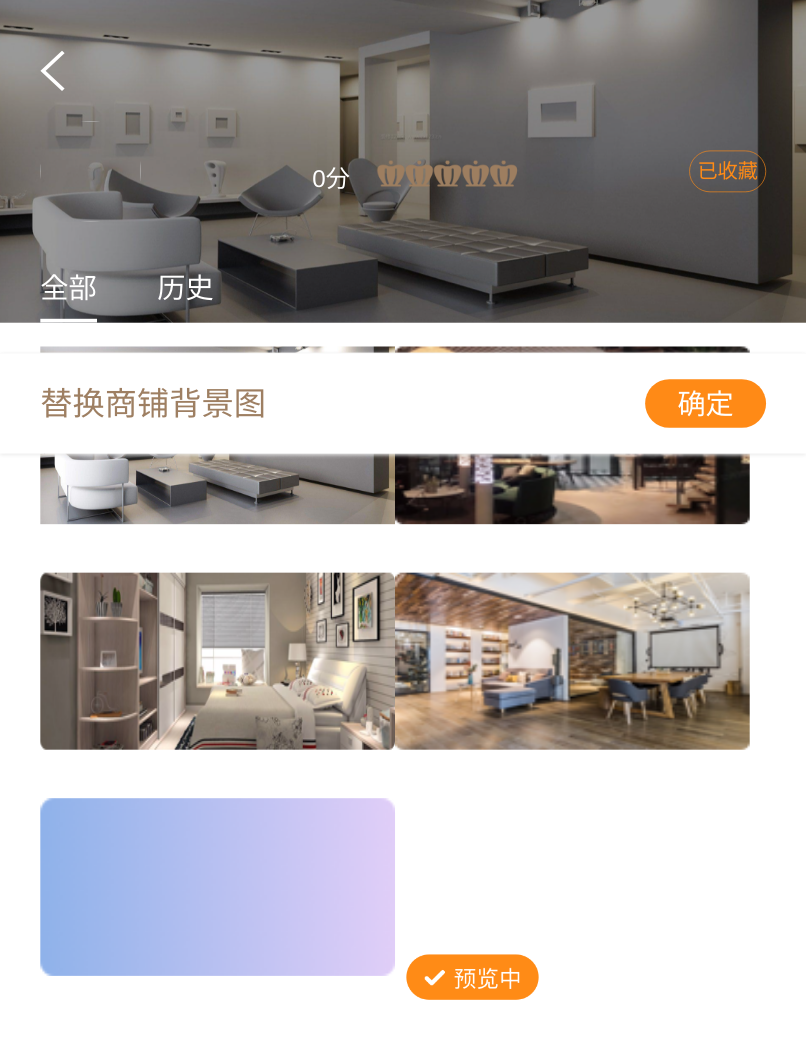
Repository: missing-star/rockBridge
Page: shop-set-bg.html
An editor plug-in stored every save of this project. The page is shown before and after the next save, followed by the edit.
The browser window is 1280 px wide. The pictures show the whole page, at 63% of full size.

Above is the page before, as saved 2019-05-16 18:02:12.

### shop-set-bg.html
<!DOCTYPE html>
<html lang="en">

<head>
    <meta charset="UTF-8">
    <meta name="viewport" content="width=device-width, initial-scale=1.0, user-scalable=no,maximum-scale=1.0">
    <meta http-equiv="X-UA-Compatible" content="ie=edge">
    <meta http-equiv="Expires" content="0">
    <meta http-equiv="Pragma" content="no-cache">
    <meta http-equiv="Cache-control" content="no-cache">
    <meta http-equiv="Cache" content="no-cache">
    <link rel="stylesheet" href="assets/mui/css/mui.min.css?v=1.2.6">
    <link rel="stylesheet" href="css/common.css?v=1.2.6">
    <link rel="stylesheet" href="css/shop-detail.css?v=1.2.6">
    <link rel="stylesheet" href="css/shop-set-bg.css">
    <title>叠石桥</title>
    <!--
        店铺详情
    -->
</head>

<body>
    <div id="app">
        <!--顶部搜索栏-->
        <header class="mui-bar mui-bar-nav" :style="currentBg">
            <div class="bg-black">
                <div class="search-group">
                    <i onclick="goBack()" class="mui-icon mui-icon-arrowleft"></i>
                </div>
                <div class="shop-info">
                    <img :src="shopInfo.images" alt="" class="shop-logo">
                    <div class="shop-title">
                        <p class="shop-name">{{shopInfo.title}}</p>
                        <p class="shop-level">
                            <span class="shop-score">{{score}}分</span>
                            <span class="shop-level-icon">
                                <img v-for="n in score" class="img-level" src="imgs/crown-active.png" alt="">
                                <img class="img-level" v-for="n in (5-score)" src="imgs/crown.png" alt="">
                            </span>
                        </p>
                    </div>
                    <button class="follow active">
                        已收藏
                    </button>
                </div>
                <ul class="tab-list">
                    <li class="tab-item active" data-tab-id="0">全部</li>
                    <li class="tab-item" data-tab-id="1">历史</li>
                </ul>
            </div>
        </header>
        <div class="mui-content">
            <div class="tab-content" :class="{active:showTab == 0}">
                <div :class="{active:currentPreview == index}" class="preview-img-wrapper">
                    <img @click="previewBg(index)" v-for="index in bgList" :src="getBg(index)" class="preview-item">
                    <img src="imgs/preview.png" class="preview-icon">
                </div>
            </div>
            <div class="tab-content goods" :class="{active:showTab == 1}">
                    <img v-for="index in bgHistory" :src="getBg(index)" class="preview-item">
            </div>
        </div>
        <!-- 联系商家 -->
        <div class="contact-business-wrapper">
            <p class="phone-number-wrapper">
                <span class="phone-number">替换商铺背景图</span>
            </p>
            <a href="javascript:;" @click="changeBg" class="contact-business-btn">确定</a>
        </div>
    </div>
    <script src="assets/vue/vue.min.js?v=1.2.6"></script>
    <script src="assets/jquery/jquery.min.js?v=1.2.6"></script>
    <script src="assets/mui/js/mui.min.js?v=1.2.6"></script>
    <script src="js/common.js?v=1.2.6"></script>
    <script src="js/shop-set-bg.js"></script>
</body>

</html>

### css/common.css
html,
body,
.mui-content {
    font-size: calc(100vw / 20);
    background: #ffffff;
}
*{
    word-break: break-all;
}
div.mui-content {
    padding: 1rem;
}

header.mui-bar.mui-bar-nav {
    background: #ffffff;
    -webkit-box-shadow: none;
            box-shadow: none;
}

nav.mui-bar.mui-bar-tab {
    background: #ffffff;
    -webkit-box-shadow: 0 0 6px 0 rgba(0, 0, 0, 0.15);
            box-shadow: 0 0 6px 0 rgba(0, 0, 0, 0.15);
}

nva.mui-bar-tab span.mui-tab-label {
    color: #9d7e60;
}

.mui-bar-tab .mui-tab-item.mui-active {
    color: #5f4831;
}

img.mui-icon.nav-bar-icon.active {
    display: inline;
}

img.mui-icon.nav-bar-icon {
    display: none;
}

p {
    margin: 0;
}

input[type=color],
input[type=date],
input[type=datetime-local],
input[type=datetime],
input[type=email],
input[type=month],
input[type=number],
input[type=password],
input[type=search],
input[type=tel],
input[type=text],
input[type=time],
input[type=url],
input[type=week],
select,
textarea {
    margin-bottom: 0;
    width: auto;
    height: auto;
    border: none;
    -webkit-box-flex: 1;
        -ms-flex: 1;
            flex: 1;
    font-size: 0.8rem;
}

input::-webkit-input-placeholder {
    color: #c2c2c2;
}

nav.mui-bar.mui-bar-tab a.mui-tab-item {
    -ms-touch-action: none;
        touch-action: none;
    height: 100%;
}

nav.mui-bar.mui-bar-tab {
    height: 3rem;
}

.mui-bar-tab .mui-tab-item .mui-icon {
    top: 3px;
    width: 1.2rem;
    height: 1.2rem;
    padding-top: 0;
    padding-bottom: 0;
    margin-bottom: 0.1rem;
}

.mui-bar-tab .mui-tab-item .mui-icon~.mui-tab-label {
    font-size: 0.5rem;
    line-height: 1rem;
}

.mui-bar-tab~.mui-content {
    padding-top: 2.5rem;
    padding-bottom: 3rem;
}

button.submit {
    background: #9d7e60;
    width: 100%;
    border: none;
    border-radius: 1rem;
    font-size: 1rem;
    line-height: 1rem;
    color: #fff;
    margin-top: 1rem;
    height: 2rem;
}

button.mui-btn.mui-btn-blue.mui-poppicker-btn-ok,
button.mui-btn.mui-btn-blue {
    color: #ff8b16;
    background: transparent;
    border: none;
    font-size: 1rem;
}

.mui-poppicker-header,
.mui-dtpicker-header {
    border-radius: 0.3rem 0.3rem 0 0;
}

button.mui-btn.mui-poppicker-btn-cancel,
.mui-dtpicker-header button {
    color: #aaaaaa;
    border: none;
    background: transparent;
    font-size: 1rem;
}

button.mui-btn.mui-poppicker-btn-cancel>img,
.mui-dtpicker-header button>img {
    width: 1rem;
}

.mui-picker-inner,
.mui-picker {
    background: #fcfcfc;
    -webkit-mask-box-image: none;
    border-radius: 0 0 0.3rem 0.3rem;
}

.mui-poppicker-body {
    border: none;
    border-radius: 0 0 0.3rem 0.3rem;
}

button.mui-btn {
    color: #aaaaaa;
    border-color: #aaaaaa;
}

.mui-dtpicker-header {
    background: #ffffff;
}

.mui-dtpicker-title h5 {
    display: none;
}

span.mui-popup-button.mui-popup-button-bold {
    color: #FF8B16;
}

span.mui-popup-button {
    color: #aaaaaa;
}

[v-cloak] {
    display: none !important;
}

.mui-poppicker.mui-active,
.mui-dtpicker.mui-active {
    margin: 0.5rem;
    width: calc(100% - 1rem);
    border-radius: 0.3rem;
}

.popicker-title,
.dt-popicker-title {
    -webkit-box-flex: 1;
        -ms-flex: 1;
            flex: 1;
    text-align: center;
    font-size: 1rem;
    color: #000000;
}

.mui-poppicker-header,
.mui-dtpicker-header {
    display: -webkit-box;
    display: -ms-flexbox;
    display: flex;
    -webkit-box-align: center;
        -ms-flex-align: center;
            align-items: center;
    -webkit-box-pack: justify;
        -ms-flex-pack: justify;
            justify-content: space-between;
    background: #eeeeee;
}

.mui-pciker-list li {
    color: #b19c88;
}

.mui-pciker-list li.highlight {
    color: #5f4831;
}

.mui-pciker-rule-ft {
    z-index: 2;
    border-top: solid 1px #ced7de;
    border-bottom: solid 1px #ced7de;
}


input::-webkit-outer-spin-button,
input::-webkit-inner-spin-button {

    -webkit-appearance: none !important;
}

input[type="number"] {
    -moz-appearance: textfield;
}
.ellipsis{
    white-space: nowrap;
    overflow: hidden;
    text-overflow: ellipsis;
}
/* 联系商家 */
.contact-business-wrapper {
    position: fixed;
    bottom: 0;
    width: 100%;
    height: 2.5rem;
    background: #FFFFFF;
    border-top: 1px solid #f6f6f6;
    -webkit-box-shadow: 0 2px 6px 0 #EBEBEB;
            box-shadow: 0 2px 6px 0 #EBEBEB;
    display: -webkit-box;
    display: -ms-flexbox;
    display: flex;
    -webkit-box-align: center;
        -ms-flex-align: center;
            align-items: center;
    -webkit-box-pack: justify;
        -ms-flex-pack: justify;
            justify-content: space-between;
    padding: 0 1rem;
}
span.phone-number {
    color: #9e7f62;
    font-size: 0.8rem;
}
a.contact-business-btn {
    background: #ff8a16;
    color: #fff;
    font-size: 0.7rem;
    border-radius: 1rem;
    padding: 0.1rem 0.8rem;
    line-height: 1rem;
}
p.phone-number-wrapper {
    display: -webkit-box;
    display: -ms-flexbox;
    display: flex;
    -webkit-box-align: center;
        -ms-flex-align: center;
            align-items: center;
    -webkit-box-pack: justify;
        -ms-flex-pack: justify;
            justify-content: space-between;
    min-width: 28%;
}
img.phone-icon {
    width: 1rem;
}

### css/shop-detail.css
header.mui-bar.mui-bar-nav {
    height: 8rem;
    background-repeat: no-repeat;
    background-size: cover;
    padding: 0;
}

.mui-bar-nav.mui-bar .mui-icon {
    margin-left: -0.5rem;
    padding: 0;
    font-size: 1.6rem;
    color: #FFFFFF;
}
input.search-input {
    background-image: url(../imgs/search.png);
    background-repeat: no-repeat;
    background-position: 0.5rem;
    background-size: 0.8rem;
    margin: 0;
    margin: 0 1rem;
    -webkit-box-shadow: 0 0 6px 0 rgba(0,0,0,0.15);
            box-shadow: 0 0 6px 0 rgba(0,0,0,0.15);
    border-radius: 1rem;
    padding-left: 1.5rem;
    font-size: 0.8rem;
    height: 100%;
    text-align: center;
}
.notice-container {
    position: relative;
    width: 2.5rem;
    display: -webkit-box;
    display: -ms-flexbox;
    display: flex;
    -webkit-box-align: center;
        -ms-flex-align: center;
            align-items: center;
}

img.notice-icon {
    width: 0.5rem;
}
.search-group {
    width: 100%;
    display: -webkit-box;
    display: -ms-flexbox;
    display: flex;
    -webkit-box-align: center;
        -ms-flex-align: center;
            align-items: center;
    -webkit-box-pack: justify;
        -ms-flex-pack: justify;
            justify-content: space-between;
    height: 1.5rem;
}
.bg-black {
    width: 100%;
    height: 100%;
    background: rgba(0,0,0,0.4);
    padding: 1rem;
    position: relative;
}
.shop-info {
    display: -webkit-box;
    display: -ms-flexbox;
    display: flex;
    -webkit-box-align: center;
        -ms-flex-align: center;
            align-items: center;
    height: 3.5rem;
    -webkit-box-pack: justify;
        -ms-flex-pack: justify;
            justify-content: space-between;
}
img.shop-logo {
    width: 2.5rem;
    height: 2.5rem;
    border-radius: 50%;
}
img.img-level {
    width: 0.7rem;
}
p.shop-name {
    color: #fff;
    font-size: 0.8rem;
    line-height: 0.8rem;
}
p.shop-level {
    color: #fff;
    font-size: 0.6rem;
    margin-top: 0.2rem;
    line-height: 0.6rem;
}
button.follow {
    background: transparent;
    border-radius: 1rem;
    color: #fff;
    font-size: 0.5rem;
    line-height: 0.8rem;
}
span.shop-level-icon {
    margin-left: 0.5rem;
}
ul.tab-list {
    margin: 0;
    padding: 0;
    list-style: none;
    color: #fff;
    display: -webkit-box;
    display: -ms-flexbox;
    display: flex;
    -webkit-box-align: center;
        -ms-flex-align: center;
            align-items: center;
    height: 1.2rem;
    position: absolute;
    bottom: 0;
}
li.tab-item {
    margin-right: 1.5rem;
    position: relative;
    height: 100%;
    line-height: 0.7rem;
    font-size: 0.7rem;
}
li.tab-item.active:after{
    content: '';
    width:100%;
    background: #fff;
    height: 0.1rem;
    position: absolute;
    bottom: 0;
    left: 0;
}
.slider, .slider-business {
    white-space: nowrap;
    overflow: hidden;
    overflow-x: scroll;
}
.slider-business-item {
    display: inline-block;
    width: 5rem;
    border-radius: 6px;
    margin-right: 10px;
    text-align: center;
}
.slider-business::-webkit-scrollbar{
    width: 0;
    height: 0;
}
.slider-business-item img {
    width: 100%;
    border-radius: 6px;
    height: 5rem;
}
p.business-item-title {
    margin-top: 0.5rem;
    font-size: 0.8rem;
    color: #333;
    line-height: 0.8rem;
    margin-bottom: 0.5rem;
}
p.business-item-content {
    font-size: 0.6rem;
    line-height: 0.6rem;
    color:#fb8433;
}
.mui-bar-nav~.mui-content{
    padding-top: 8rem;
}
p.business-top-title,p.class-title {
    font-size: 0.8rem;
    padding: 1rem 0;
    color: #000;
}
div.have-good-goods {
    display: -webkit-box;
    display: -ms-flexbox;
    display: flex;
    -webkit-box-align: center;
        -ms-flex-align: center;
            align-items: center;
    -ms-flex-wrap: wrap;
        flex-wrap: wrap;
    -webkit-box-pack: justify;
        -ms-flex-pack: justify;
            justify-content: space-between;
}
.goods-item {
    width: 48%;
    margin-bottom: 1rem;
}
img.goods-img {
    width: 100%;
    height: calc(48vw - 1rem);
    border-radius: 0.2rem;
}
.goods-info>p:first-child {
    margin: 0.2rem 0;
    font-size: 0.6rem;
    line-height: 0.8rem;
}
.goods-info>p {
    font-size: 0.8rem;
    line-height: 0.8rem;
    display: -webkit-box;
    display: -ms-flexbox;
    display: flex;
    -webkit-box-align: center;
        -ms-flex-align: center;
            align-items: center;
    -webkit-box-pack: justify;
        -ms-flex-pack: justify;
            justify-content: space-between;
}
span.eye-container {
    display: -webkit-inline-box;
    display: -ms-inline-flexbox;
    display: inline-flex;
    -webkit-box-align: center;
        -ms-flex-align: center;
            align-items: center;
}
img.view-num {
    width: 1rem;
    margin-right: 0.2rem;
}
button.reserve {
    background: #9d7e60;
    border: none;
    border-radius: 1rem;
    color: #fff;
    padding: 0 0.3rem;
    font-size: 0.6rem;
    line-height: 1rem;
}
.bottom-line {
    width: 100%;
    color: #aaa;
    font-size: 0.8rem;
    text-align: center;
    height: 2rem;
    margin-bottom: 0.5rem;
}
button.follow.active {
    color: #ff8b16;
    border-color: #ff8b16;
}

/**搜索页样式*/
div.search-page.active{
    -webkit-animation: slideIn 0.2s ease;
            animation: slideIn 0.2s ease;
    -webkit-animation-fill-mode: forwards;
            animation-fill-mode: forwards;
}
@-webkit-keyframes slideIn{
    from{
        left:100%
    }
    to{
        left:0
    }
}
@keyframes slideIn{
    from{
        left:100%
    }
    to{
        left:0
    }
}
div.search-page {
    position: fixed;
    left: 100%;
    top: 0;
    width: 100%;
    height: 100%;
    z-index: 99;
    background: #fff;
}
div.search-page.slide-out{
    -webkit-animation: slideOut 0.2s ease;
            animation: slideOut 0.2s ease;
    -webkit-animation-fill-mode: forwards;
            animation-fill-mode: forwards;
}
@-webkit-keyframes slideOut{
    from{
        left:0
    }
    to{
        left:100%
    }
}
@keyframes slideOut{
    from{
        left:0
    }
    to{
        left:100%
    }
}
div.search-page>header {
    padding: 15px;
    display: -webkit-box;
    display: -ms-flexbox;
    display: flex;
    -webkit-box-align: center;
        -ms-flex-align: center;
            align-items: center;
    -webkit-box-pack: justify;
        -ms-flex-pack: justify;
            justify-content: space-between;
}
img.icon-back {
    width: 0.6rem;
}
span.cancel-search {
    white-space: nowrap;
    color: #333;
    padding: 0.5rem 0;
    font-size: 0.8rem;
}
p.business-detail>span:first-child{
	font-size: 0.8rem;
	line-height: 0.8rem;
    margin-bottom: 0.2rem;
    display: -webkit-box;
    display: -ms-flexbox;
    display: flex;
    -webkit-box-align: center;
        -ms-flex-align: center;
            align-items: center;
}

p.business-detail>span:last-child{
	font-size: 0.6rem;
	line-height: 0.6rem;
}

ul.tab-bar {
    margin: 0;
    list-style: none;
    padding-left: 15px;
}

li.tab-bar-item{
    display: inline-block;
    text-align: center;
    color:#888888;
    font-size: 0.8rem;
    width: 3rem;
    height: 1.5rem;
    position: relative;
    margin-right: 1rem;
    line-height: 0.9rem;
}
li.tab-bar-item.active{
    color:#5e452d;
}
li.tab-bar-item.active:after {
    content: '';
    width: 100%;
    height: 3px;
    position: absolute;
    bottom: 0;
    left: 0;
    background: #5e452d;
}
header.history-header,header.hot-header {
    margin-top: 1rem;
    display: -webkit-box;
    display: -ms-flexbox;
    display: flex;
    -webkit-box-align: center;
        -ms-flex-align: center;
            align-items: center;
    -webkit-box-pack: justify;
        -ms-flex-pack: justify;
            justify-content: space-between;
    padding: 0 15px;
}
p.search-history-title,p.search-hot-title {
    font-size: 0.7rem;
}
img.icon-delete {
    width: 0.8rem;
}
ul.history-list ,ul.hot-list{
    list-style: none;
    margin-top: 1rem;
    padding: 0 15px;
}
li.list-item {
    display: inline-block;
    padding: 0.2rem 1rem;
    background: #f6f6f6;
    border-radius: 100px;
    color:#666666;
    font-size: 0.6rem;
    margin-right: 0.6rem;
    margin-bottom: 0.4rem;
}
.input-group {
    position: relative;
    -webkit-box-flex: 1;
        -ms-flex: 1;
            flex: 1;
    margin: 0 1rem;
    height: 1.5rem;
}
img.clear-icon {
    position: absolute;
    top: 0.3rem;
    right: 0.4rem;
    width: 0.8rem;
}
input.search-page-input {
    height: 100%;
    background: url(../imgs/search.png) no-repeat;
    background-position: 0.2rem;
    background-size: 0.8rem;
    margin: 0;
    -webkit-box-shadow: 0 0 6px 0 rgba(0,0,0,0.15);
            box-shadow: 0 0 6px 0 rgba(0,0,0,0.15);
    border-radius: 1rem;
    padding-left: 1.3rem;
    font-size: 0.6rem;
    width: 100%;
}
p.name {
    color: #333333;
    text-align: center;
    font-size: 0.8rem;
    line-height: 1rem;
}
p.price {
    color: #ff4404;
    text-align: center;
    font-size: 0.6rem;
    line-height: 1rem;
}
.tab-content {
    display: none;
}
.tab-content.active {
    display: block;
}
.tab-content.goods.active {
    padding-top: 1rem;
}
.comments-score {
    display: -webkit-box;
    display: -ms-flexbox;
    display: flex;
    -webkit-box-align: center;
        -ms-flex-align: center;
            align-items: center;
    -webkit-box-pack: justify;
        -ms-flex-pack: justify;
            justify-content: space-between;
}
img.comments-icon {
    width: 0.75rem;
    margin: 0 0.1rem;
}
.score-show,.star-container,.good-percent {
    -webkit-box-shadow: 0px 2px 6px 0px rgba(0,0,0,0.15);
            box-shadow: 0px 2px 6px 0px rgba(0,0,0,0.15);
    display: -webkit-box;
    display: -ms-flexbox;
    display: flex;
    -webkit-box-align: center;
        -ms-flex-align: center;
            align-items: center;
    -webkit-box-pack: center;
        -ms-flex-pack: center;
            justify-content: center;
    -webkit-box-orient: vertical;
    -webkit-box-direction: normal;
        -ms-flex-direction: column;
            flex-direction: column;
    padding: 0.5rem;
    border-radius: 5px;
    min-height: 3.7rem;
}
.score-show>p.score,.good-percent>p.number {
    color: #ff8b16;
    font-size: 1.2rem;
    line-height: 1.2rem;
}
.score-show>p.title,.good-percent>p.title {
    color: #333333;
    font-size: 0.7rem;
    line-height: 1rem;
    margin-top: 0.2rem;
}
p.score-star {
    margin-top: 0.02rem;
}
.star-container {
    -webkit-box-flex: 1;
        -ms-flex: 1;
            flex: 1;
    margin: 0 0.3rem;
}
.star-container>p {
    font-size: 0.7rem;
    color: #333333;
}
img.user-logo {
    width: 2.5rem;
    height: 2.5rem;
    border-radius: 50%;
}
ul.comments-list {
    list-style: none;
    padding: 0;
}
.user-info {
    display: -webkit-box;
    display: -ms-flexbox;
    display: flex;
    -webkit-box-align: center;
        -ms-flex-align: center;
            align-items: center;
    -webkit-box-pack: justify;
        -ms-flex-pack: justify;
            justify-content: space-between;
    border-bottom: 1px solid #eeeeee;
    padding-bottom: 0.2rem;
}
.left-part {
    display: -webkit-box;
    display: -ms-flexbox;
    display: flex;
    -webkit-box-align: center;
        -ms-flex-align: center;
            align-items: center;
    -webkit-box-pack: justify;
        -ms-flex-pack: justify;
            justify-content: space-between;
}
p.user-nickname {
    display: -webkit-box;
    display: -ms-flexbox;
    display: flex;
    -webkit-box-orient: vertical;
    -webkit-box-direction: normal;
        -ms-flex-direction: column;
            flex-direction: column;
    padding-left: 0.5rem;
}
img.like-icon {
    width: 0.6rem;
}
p.like {
    font-size: 0.75rem;
    line-height: 1rem;
    color: #333333;
    display: -webkit-box;
    display: -ms-flexbox;
    display: flex;
    -webkit-box-align: center;
        -ms-flex-align: center;
            align-items: center;
    -webkit-box-pack: end;
        -ms-flex-pack: end;
            justify-content: flex-end;
}
span.username {
    color: #333333;
    font-size: 0.8rem;
    line-height: 1rem;
}
span.score {
    color: #aaaaaa;
    font-size: 0.6rem;
    line-height: 1rem;
}
p.show-date {
    color: #aaaaaa;
    font-size: 0.75rem;
    line-height: 1rem;
}
span.like-num {
    padding-left: 0.2rem;
    padding-top: 0.2rem;
}
.comments-content {
    padding-top: 0.5rem;
    font-size: 0.7rem;
    line-height: 1rem;
    color: #333333;
}
.shop-reply {
    background: #eeeeee;
    font-size: 0.7rem;
    margin-top: 0.5rem;
    line-height: 1rem;
    border-radius: 0.2rem;
    padding: 0.2rem;
    color:#aaaaaa;
}
li.comments-item{
    position: relative;
    margin-bottom: 2rem;
}
li.comments-item:after {
    content: '';
    position: absolute;
    background: #f6f6f6;
    height: 4px;
    width: 100%;
    bottom: -1rem;
}
button.comments-btn {
    position: fixed;
    bottom: 0;
    left: 0;
    width: 100vw;
    font-size: 0.9rem;
    line-height: 1.2rem;
    border: none;
    background: #9d7e60;
    border-radius: 0px;
    color: #ffffff;
    padding: 0.5rem;
}
.show-imgs {
    display: -webkit-box;
    display: -ms-flexbox;
    display: flex;
    -webkit-box-align: center;
        -ms-flex-align: center;
            align-items: center;
    margin-top: 0.5rem;
}
img.show-img-item {
    width: 30%;
    margin: 0 1%;
    height: 5rem;
    border-radius: 0.2rem;
}

### css/shop-set-bg.css
img.preview-item {
    width: 44vw;
    height: 22vw;
    margin: 3vw 0;
}
.tab-content.active {
    display: flex;
    align-items: center;
    justify-content: space-between;
    flex-wrap: wrap;
}

Loaded but not shown: assets/mui/css/mui.min.css (library); assets/vue/vue.min.js (library); assets/jquery/jquery.min.js (library); assets/mui/js/mui.min.js (library); js/common.js (224 lines, source omitted); js/shop-set-bg.js (81 lines, source omitted)

After the next save:
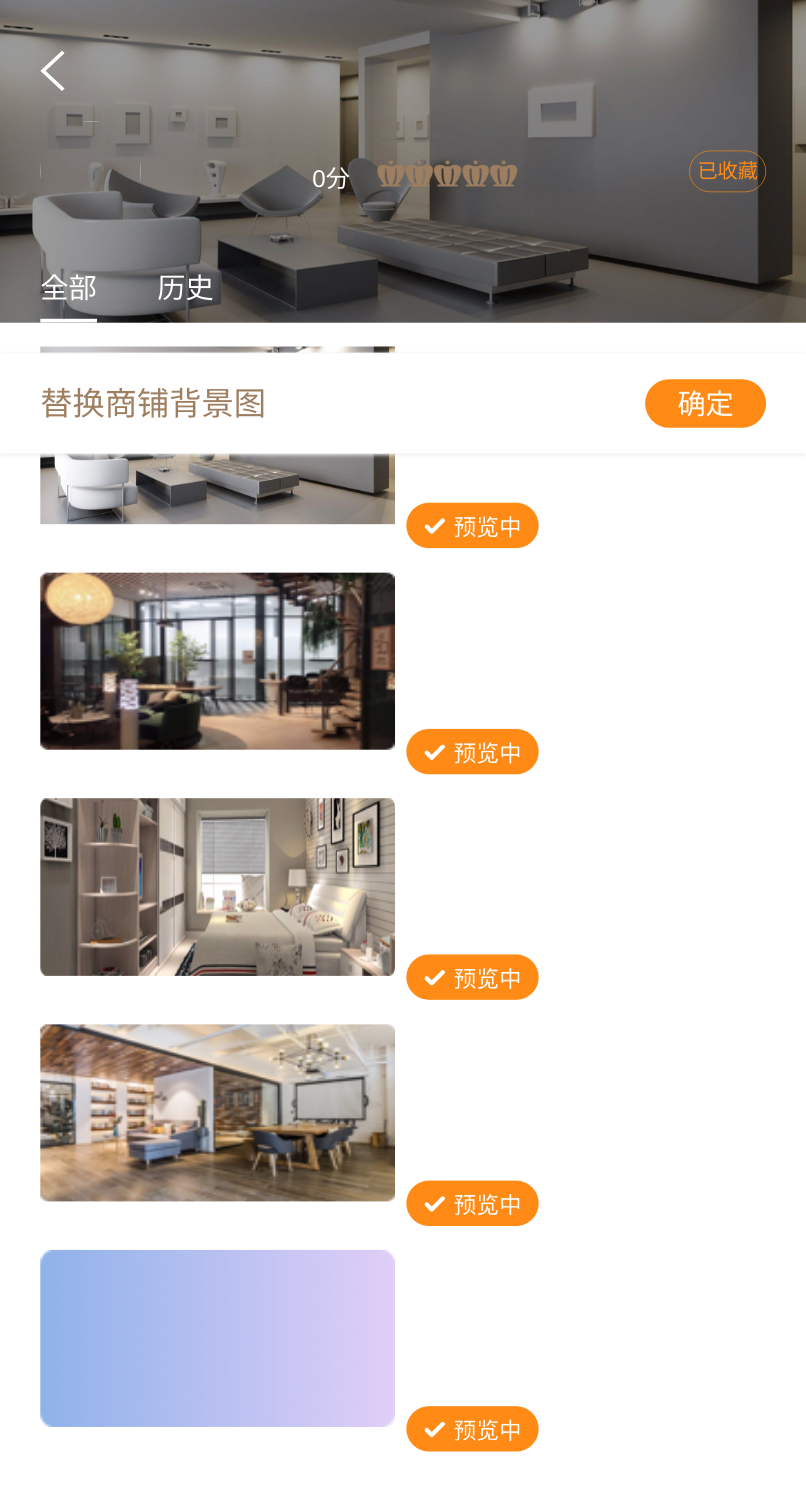
Saved 26 s later.
--- a/shop-set-bg.html
+++ b/shop-set-bg.html
@@ -51,8 +51,8 @@
         </header>
         <div class="mui-content">
             <div class="tab-content" :class="{active:showTab == 0}">
-                <div :class="{active:currentPreview == index}" class="preview-img-wrapper">
-                    <img @click="previewBg(index)" v-for="index in bgList" :src="getBg(index)" class="preview-item">
+                <div @click="previewBg(index)" v-for="index in bgList" :class="{active:currentPreview == index}" class="preview-img-wrapper">
+                    <img  :src="getBg(index)" class="preview-item">
                     <img src="imgs/preview.png" class="preview-icon">
                 </div>
             </div>
